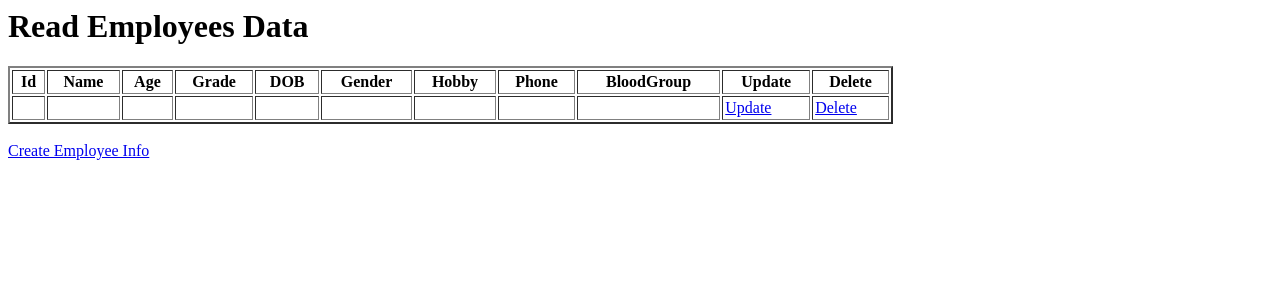
Repository: saurabhmishra-vasyerp/Saurabh_Set-B_Crud
Page: http://localhost/Saurabh_Set_B/WEB_INF/views/reademployee.jsp
These files come from the project's save history. The page is drawn as it stood at one moment and after the next save; the edit follows.
The browser window is 1280 px wide. The pictures show the whole page.
The page is served by Tomcat 9. The template is opened directly, without the code that normally fills it, so the values that code supplies are empty.

Above is the page before, as saved 2024-04-11 09:02:15.

### Saurabh_Set_B/src/main/webapp/WEB_INF/views/reademployee.jsp
<%@ page language="java" contentType="text/html; charset=ISO-8859-1"
    pageEncoding="ISO-8859-1"%>

<h1>Read Employees Data </h1>
    <table border="2" width="70%" cellpadding="2">
        <tr>
            <th>Id</th>
            <th>Name</th>
            <th>Age</th>
            <th>Grade</th>
            <th>DOB</th>
            <th>Gender</th>
            <th>Hobby</th>
            <th>Phone</th>
            <th>BloodGroup</th>
            <th>Update</th>
            <th>Delete</th>
        </tr>
        <c:forEach var="employee" items="${employees}">
            <tr>
                <td>${employee.id}</td>
                <td>${employee.name}</td>
                <td>${employee.age}</td>
                <td>${employee.grade}</td>
                <td>${employee.dob}</td>
                <td>${employee.gender}</td>
                <td>${employee.hobby}</td>
                <td>${employee.phoneNumber}</td>
                <td>${employee.bloodGroup}</td>
                <td><a href="/update-employee/${employee.id}">Update</a></td>
                <td><a href="/delete-employee/${employee.id}">Delete</a></td>
            </tr>
        </c:forEach>
    </table>
<br/>
<a href="/create-employee">Create Employee Info</a>

After the next save:
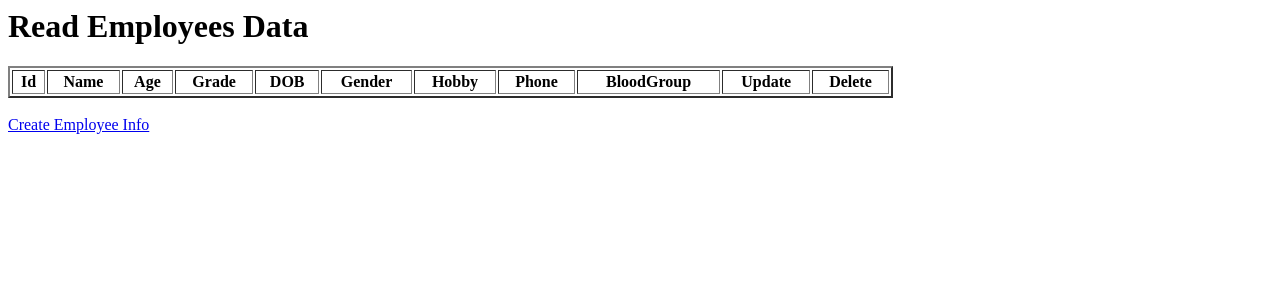
Saved 113 s later.
--- a/Saurabh_Set_B/src/main/webapp/WEB_INF/views/reademployee.jsp
+++ b/Saurabh_Set_B/src/main/webapp/WEB_INF/views/reademployee.jsp
@@ -1,8 +1,8 @@
 <%@ page language="java" contentType="text/html; charset=ISO-8859-1"
     pageEncoding="ISO-8859-1"%>
-
+    <%@ taglib uri="http://java.sun.com/jsp/jstl/core" prefix="c"%>
 <h1>Read Employees Data </h1>
-    <table border="2" width="70%" cellpadding="2">
+     <table border="2" width="70%" cellpadding="2">
         <tr>
             <th>Id</th>
             <th>Name</th>
